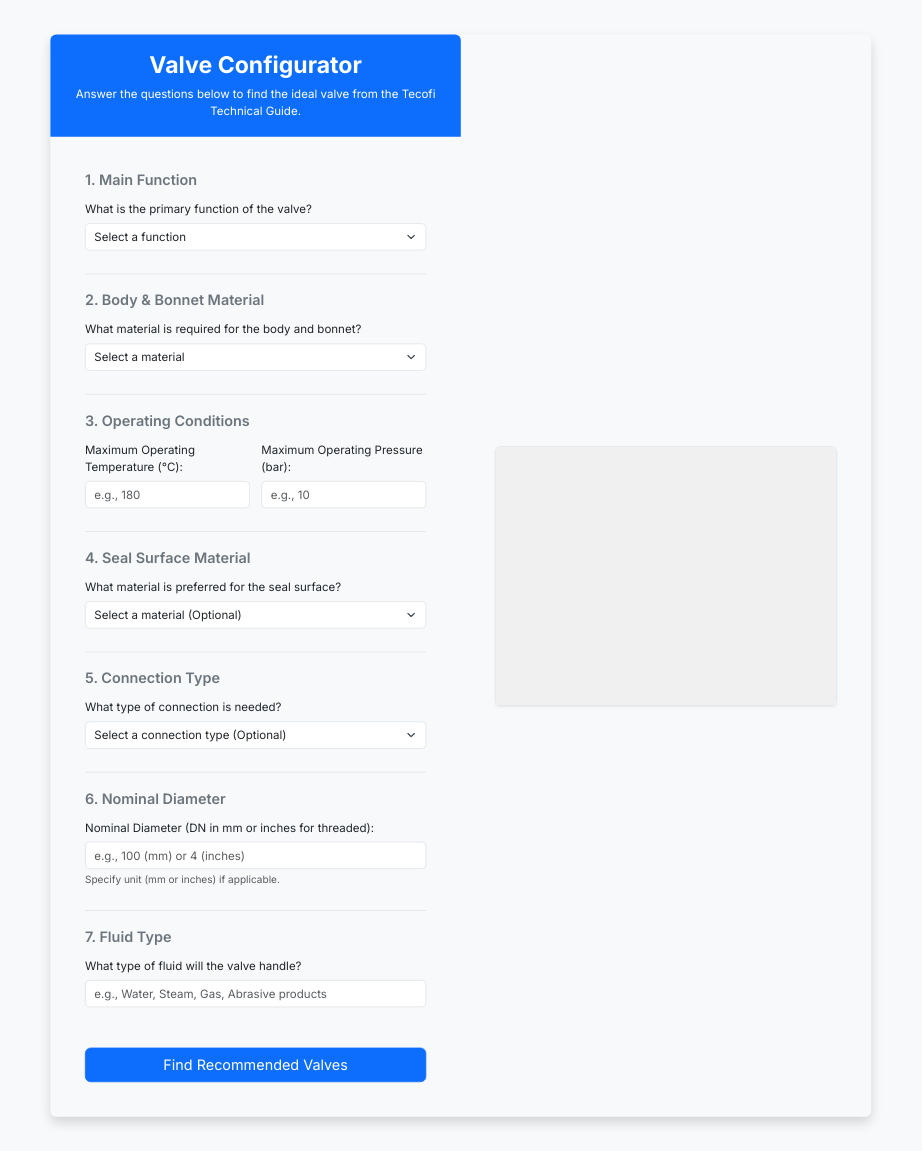
Repository: mauriciodelopez/Valve_config_II
Page: index.html
An editor plug-in stored every save of this project. The page is shown before and after the next save, followed by the edit.
The browser window is 1280 px wide. The pictures show the whole page, at 72% of full size.

Above is the page before, as saved 2025-07-21 15:18:21.

### index.html
<!DOCTYPE html>
<html lang="en">
<head>
    <meta charset="UTF-8">
    <meta name="viewport" content="width=device-width, initial-scale=1.0">
    <title>Valve Configurator</title>
    <!-- Bootstrap CSS CDN for styling -->
    <link href="https://cdn.jsdelivr.net/npm/bootstrap@5.3.3/dist/css/bootstrap.min.css" rel="stylesheet">
    <!-- Custom CSS file (for any specific overrides or additions) -->
    <link rel="stylesheet" href="style.css">
    <link href="https://fonts.googleapis.com/css2?family=Inter:wght@400;500;600;700&display=swap" rel="stylesheet">
    <!-- Three.js CDN for 3D rendering -->
    <script src="https://cdnjs.cloudflare.com/ajax/libs/three.js/r128/three.min.js"></script>
    <!-- OrbitControls for interactive camera movement -->
    <script src="https://cdn.jsdelivr.net/npm/three@0.128.0/examples/js/controls/OrbitControls.js"></script>
</head>
<body class="bg-light d-flex align-items-center justify-content-center min-vh-100 py-4">
    <div class="container my-4 p-0 shadow rounded-3">
        <div class="row g-0"> <!-- Use Bootstrap row for horizontal alignment on larger screens -->

            <!-- Form Column -->
            <div class="col-12 col-lg-6"> <!-- Takes full width on small, half on large screens -->
                <div class="bg-primary text-white p-4 rounded-top-3 rounded-lg-end-0">
                    <h1 class="text-center mb-2 fs-2 fw-bold">Valve Configurator</h1>
                    <p class="text-center mb-0 fs-6">
                        Answer the questions below to find the ideal valve from the Tecofi Technical Guide.
                    </p>
                </div>

                <form id="valveConfiguratorForm" class="p-4 p-md-5 needs-validation" novalidate>
                    <!-- Section 1: Main Function -->
                    <div class="mb-4 pb-3 border-bottom">
                        <h2 class="fs-5 fw-semibold text-secondary mb-3">1. Main Function</h2>
                        <div class="mb-3">
                            <label for="mainFunction" class="form-label mb-2">What is the primary function of the valve?</label>
                            <select id="mainFunction" name="mainFunction" class="form-select" required>
                                <option value="">Select a function</option>
                                <option value="on_off">On/Off (Sectionner un écoulement)</option>
                                <option value="regulation">Regulation (Assurer un réglage)</option>
                                <option value="on_off_regulation">On/Off & Regulation (Sectionner un écoulement et assurer un réglage)</option>
                            </select>
                            <div class="invalid-feedback">
                                Please select a main function.
                            </div>
                        </div>
                    </div>

                    <!-- Section 2: Material (Body & Bonnet) -->
                    <div class="mb-4 pb-3 border-bottom">
                        <h2 class="fs-5 fw-semibold text-secondary mb-3">2. Body & Bonnet Material</h2>
                        <div class="mb-3">
                            <label for="bodyBonnetMaterial" class="form-label mb-2">What material is required for the body and bonnet?</label>
                            <select id="bodyBonnetMaterial" name="bodyBonnetMaterial" class="form-select" required>
                                <option value="">Select a material</option>
                                <option value="cast_iron">Cast Iron (Fonte Grise)</option>
                                <option value="ductile_iron">Ductile Iron (Fonte GS)</option>
                                <option value="carbon_steel">Carbon Steel (Acier au Carbone)</option>
                                <option value="stainless_steel">Stainless Steel (Inox 304-316)</option>
                                <option value="stainless_steel_310">Stainless Steel (Inox 310)</option>
                                <option value="brass">Brass (Laiton)</option>
                                <option value="bronze">Bronze</option>
                                <option value="duplex_super_duplex">Duplex / Super Duplex</option>
                                <option value="plastic">Plastic (PVC, PP)</option>
                            </select>
                            <div class="invalid-feedback">
                                Please select a body and bonnet material.
                            </div>
                        </div>
                    </div>

                    <!-- Section 3: Operating Conditions -->
                    <div class="mb-4 pb-3 border-bottom">
                        <h2 class="fs-5 fw-semibold text-secondary mb-3">3. Operating Conditions</h2>
                        <div class="row g-3 mb-3">
                            <div class="col-md-6">
                                <label for="temperature" class="form-label mb-2">Maximum Operating Temperature (°C):</label>
                                <input type="number" id="temperature" name="temperature" min="-200" max="850" placeholder="e.g., 180" class="form-control" required>
                                <div class="invalid-feedback">
                                    Please enter a valid temperature.
                                </div>
                            </div>
                            <div class="col-md-6">
                                <label for="pressure" class="form-label mb-2">Maximum Operating Pressure (bar):</label>
                                <input type="number" id="pressure" name="pressure" min="0" max="400" placeholder="e.g., 10" class="form-control" required>
                                <div class="invalid-feedback">
                                    Please enter a valid pressure.
                                </div>
                            </div>
                        </div>
                    </div>

                    <!-- Section 4: Seal Surface Material -->
                    <div class="mb-4 pb-3 border-bottom">
                        <h2 class="fs-5 fw-semibold text-secondary mb-3">4. Seal Surface Material</h2>
                        <div class="mb-3">
                            <label for="sealSurfaceMaterial" class="form-label mb-2">What material is preferred for the seal surface?</label>
                            <select id="sealSurfaceMaterial" name="sealSurfaceMaterial" class="form-select">
                                <option value="">Select a material (Optional)</option>
                                <option value="elastomer">Elastomer</option>
                                <option value="ptfe">PTFE (Teflon®)</option>
                                <option value="rubber_seal">Rubber Seal (Membrane Caoutchouc)</option>
                                <option value="copper_alloys">Copper Alloys (Laiton-Bronze)</option>
                                <option value="stainless_steel_seal">Stainless Steel (Acier Inox)</option>
                                <option value="stellite">Stellite</option>
                            </select>
                        </div>
                    </div>

                    <!-- Section 5: Connection Type -->
                    <div class="mb-4 pb-3 border-bottom">
                        <h2 class="fs-5 fw-semibold text-secondary mb-3">5. Connection Type</h2>
                        <div class="mb-3">
                            <label for="connectionType" class="form-label mb-2">What type of connection is needed?</label>
                            <select id="connectionType" name="connectionType" class="form-select">
                                <option value="">Select a connection type (Optional)</option>
                                <option value="threaded">Threaded (Taraudé)</option>
                                <option value="flanged">Flanged (À bride)</option>
                                <option value="socket_welding">Socket Welding (Soudage emboitement)</option>
                                <option value="butt_welding">Butt Welding (Soudage bout à bout)</option>
                            </select>
                        </div>
                    </div>

                    <!-- Section 6: Nominal Diameter -->
                    <div class="mb-4 pb-3 border-bottom">
                        <h2 class="fs-5 fw-semibold text-secondary mb-3">6. Nominal Diameter</h2>
                        <div class="mb-3">
                            <label for="nominalDiameter" class="form-label mb-2">Nominal Diameter (DN in mm or inches for threaded):</label>
                            <input type="text" id="nominalDiameter" name="nominalDiameter" placeholder="e.g., 100 (mm) or 4 (inches)" class="form-control">
                            <div class="form-text text-muted mt-1">Specify unit (mm or inches) if applicable.</div>
                        </div>
                    </div>

                    <!-- Section 7: Fluid Type -->
                    <div class="mb-4 pb-3">
                        <h2 class="fs-5 fw-semibold text-secondary mb-3">7. Fluid Type</h2>
                        <div class="mb-3">
                            <label for="fluidType" class="form-label mb-2">What type of fluid will the valve handle?</label>
                            <input type="text" id="fluidType" name="fluidType" placeholder="e.g., Water, Steam, Gas, Abrasive products" class="form-control">
                        </div>
                    </div>

                    <div class="d-grid mt-4">
                        <button type="submit" class="btn btn-primary btn-lg">
                            Find Recommended Valves
                        </button>
                    </div>
                </form>

                <div id="results" class="p-4 p-md-5 bg-light rounded-bottom-3 shadow-sm d-none">
                    <h2 class="fs-5 fw-semibold text-secondary mb-3">Recommended Valve Types:</h2>
                    <ul id="valveList" class="list-unstyled text-dark">
                        <!-- Results will be dynamically inserted here -->
                    </ul>
                    <p id="noResultsMessage" class="text-muted fst-italic d-none">No specific recommendations found based on your criteria. Please adjust your selections or contact Tecofi directly.</p>
                </div>
            </div>

            <!-- 3D Viewer Column -->
            <div class="col-12 col-lg-6 d-flex align-items-center justify-content-center p-4 p-md-5">
                <div id="container3D" class="bg-light d-flex align-items-center justify-content-center text-muted fs-5 rounded shadow-sm w-100" style="min-height: 300px; height: 50vh; max-height: 600px; border: 1px solid #dee2e6;">
                    Select valve options to visualize the 3D model.
                </div>
            </div>

        </div> <!-- End of row -->
    </div> <!-- End of container -->

    <!-- Bootstrap Bundle with Popper -->
    <script src="https://cdn.jsdelivr.net/npm/bootstrap@5.3.3/dist/js/bootstrap.bundle.min.js"></script>
    <!-- Link to the external JavaScript file -->
    <script src="script.js"></script>
</body>
</html>

### style.css
/* style.css */

/* Custom font import (if not using Bootstrap's default) */
body {
    font-family: 'Inter', sans-serif;
}

/* Ensure the main container has rounded corners on all sides */
.container.rounded-3 {
    border-radius: 0.5rem !important; /* Adjust if needed */
}

/* Remove bottom rounding from the header when it's part of a column that's not the last */
.rounded-lg-end-0 {
    border-bottom-right-radius: 0 !important;
}

/* Adjust 3D container height for very small screens if needed, though min-height and 50vh should cover most cases */
@media (max-width: 575.98px) { /* Extra small devices (portrait phones) */
    #container3D {
        min-height: 250px; /* Slightly smaller minimum height for very narrow screens */
        height: 40vh; /* Adapt to viewport height */
    }
}

Loaded but not shown: script.js (485 lines, source omitted)

After the next save:
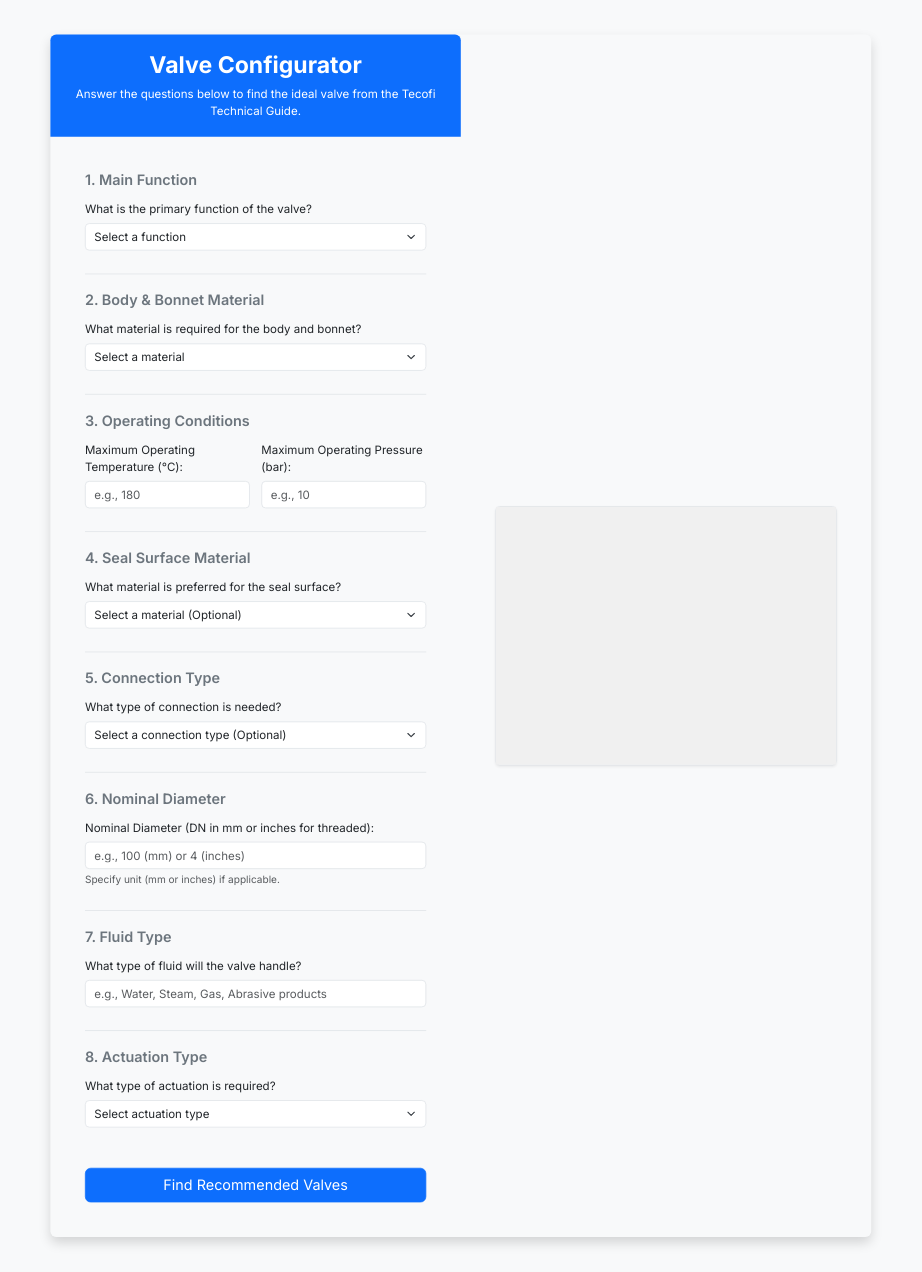
Saved 2 min 57 s later.
--- a/index.html
+++ b/index.html
@@ -132,11 +132,28 @@
                     </div>
 
                     <!-- Section 7: Fluid Type -->
-                    <div class="mb-4 pb-3">
+                    <div class="mb-4 pb-3 border-bottom">
                         <h2 class="fs-5 fw-semibold text-secondary mb-3">7. Fluid Type</h2>
                         <div class="mb-3">
                             <label for="fluidType" class="form-label mb-2">What type of fluid will the valve handle?</label>
                             <input type="text" id="fluidType" name="fluidType" placeholder="e.g., Water, Steam, Gas, Abrasive products" class="form-control">
+                        </div>
+                    </div>
+
+                    <!-- Section 8: Actuation Type -->
+                    <div class="mb-4 pb-3">
+                        <h2 class="fs-5 fw-semibold text-secondary mb-3">8. Actuation Type</h2>
+                        <div class="mb-3">
+                            <label for="actuationType" class="form-label mb-2">What type of actuation is required?</label>
+                            <select id="actuationType" name="actuationType" class="form-select" required>
+                                <option value="">Select actuation type</option>
+                                <option value="manual">Manual</option>
+                                <option value="electric">Electric</option>
+                                <option value="pneumatic">Pneumatic</option>
+                            </select>
+                            <div class="invalid-feedback">
+                                Please select an actuation type.
+                            </div>
                         </div>
                     </div>
 
